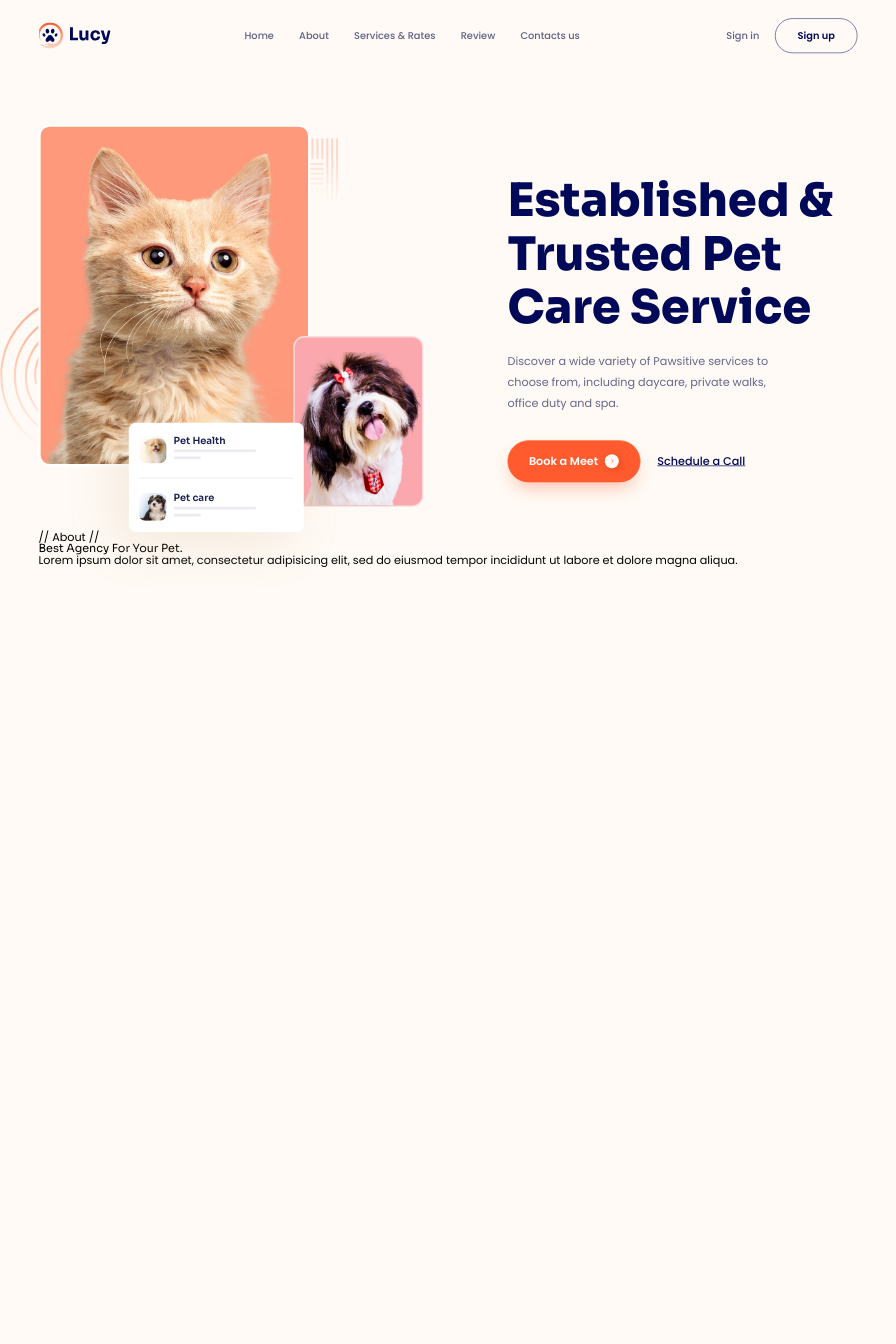
Repository: anhtien111198/f8-htmlcss-04
Page: index.html
The author's editor kept a copy of each file at every save. The page is drawn from the files as they stood at one save, then again after the next save.
The browser window is 1280 px wide. The pictures show the part of the page from y = 0 to 1920 px (the page is 5000 px tall), at 70% of full size.

Above is the page before, as saved 2023-05-18 12:21:46.

After the next save:
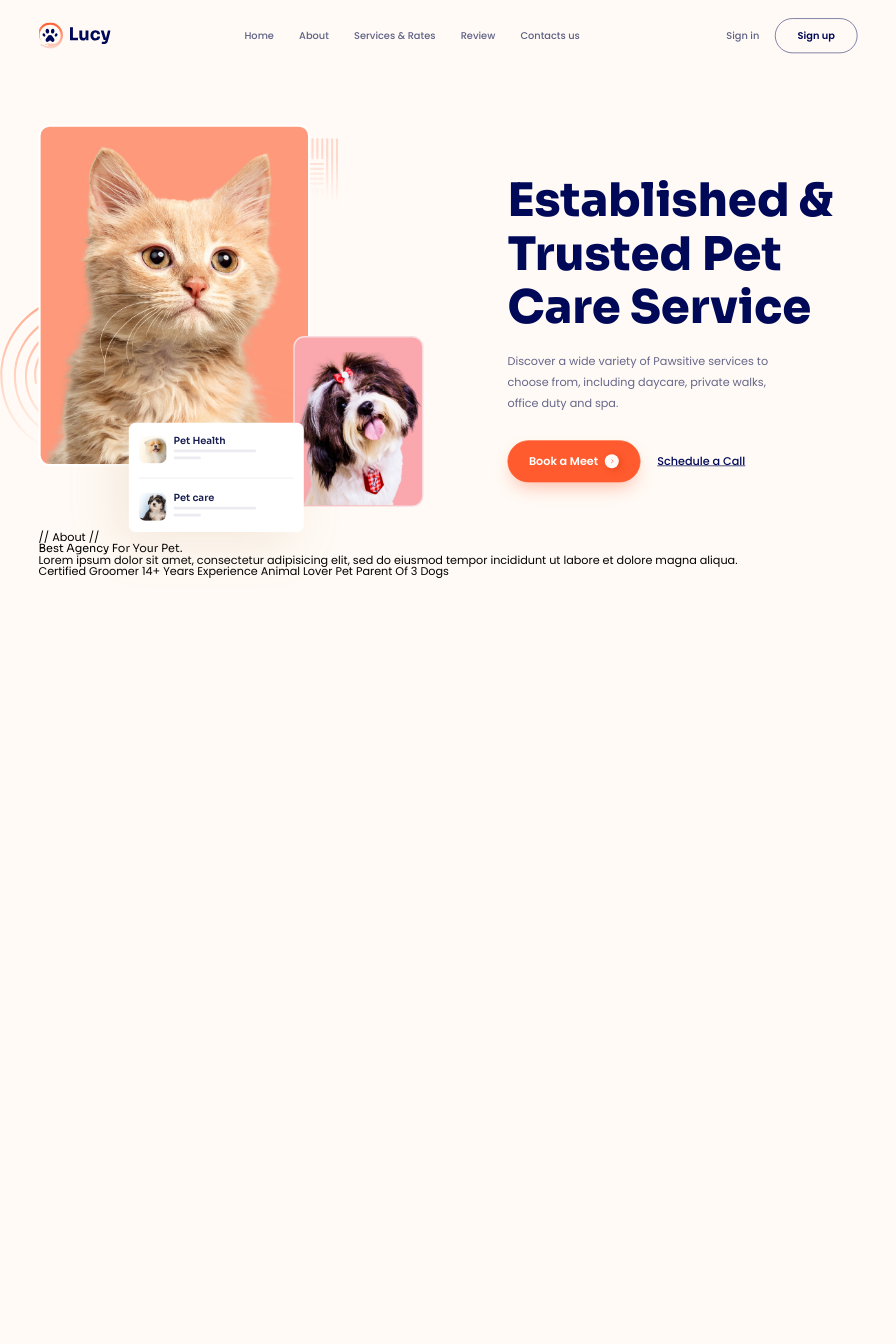
Saved 2 min 49 s later.
--- a/index.html
+++ b/index.html
@@ -249,6 +249,20 @@
                                 adipisicing elit, sed do eiusmod tempor
                                 incididunt ut labore et dolore magna aliqua.
                             </p>
+                            <div class="about__checklist">
+                                <span class="about__check-item"
+                                    >Certified Groomer</span
+                                >
+                                <span class="about__check-item"
+                                    >14+ Years Experience</span
+                                >
+                                <span class="about__check-item"
+                                    >Animal Lover</span
+                                >
+                                <span class="about__check-item"
+                                    >Pet Parent Of 3 Dogs</span
+                                >
+                            </div>
                         </section>
                         <div class="about__media"></div>
                         <div class="about__media"></div>
